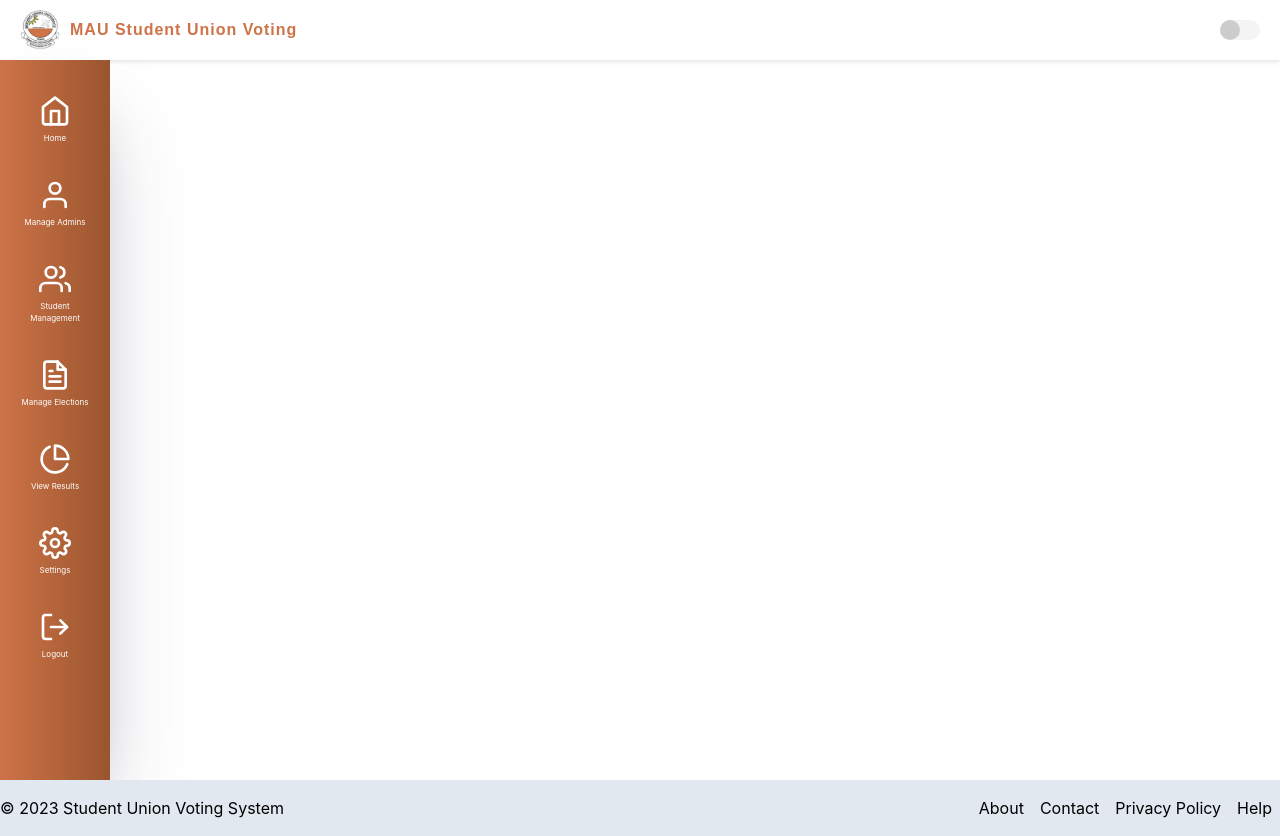
Repository: joena1o/e-vote
Page: /admin-dashboard/student-management
An editor plug-in stored every save of this project. The page is shown before and after the next save, followed by the edit.
The browser window is 1280 px wide. The pictures show the whole page.
The project was rebuilt for these pictures with package versions that can differ from the ones it lists, and the page was loaded fresh each time. Also part of the build but not shown: src/components/EnhancedLogin.js, src/components/BottomNav.js, src/api/index.js, src/components/maincontent/home/Home.styles.js, src/components/maincontent/home/Home.js, src/components/maincontent/RegisterStudents/ManageStudents.js, src/components/maincontent/RegisterStudents/RegisterStudents.js, src/components/maincontent/RegisterStudents/StudentManagement.js and 24 more.

Above is the page before, as saved 2023-12-15 06:11:35.

After the next save:
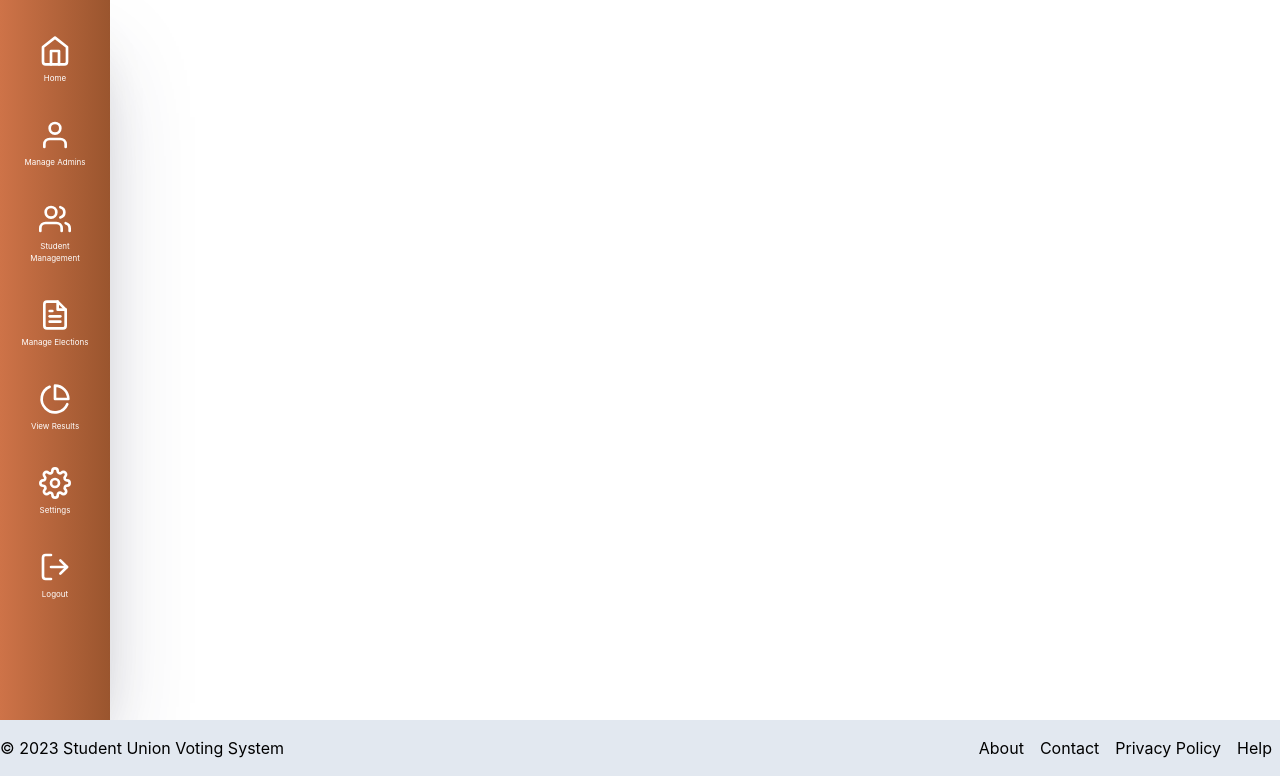
Saved 2 min 34 s later.
--- a/src/components/AdminDashboard.js
+++ b/src/components/AdminDashboard.js
@@ -24,6 +24,7 @@
 const Content = styled.div`
   display: flex;
   flex: 1;
+  overflow-y: auto; /* Allow content to scroll */
   @media (max-width: 768px) {
     flex-direction: column;
   }
@@ -42,13 +43,22 @@
   }
 `;
 
+const FixedNavbar = styled(Navbar)`
+  @media (max-width: 768px) {
+    position: fixed;
+    top: 0;
+    width: 100%;
+    z-index: 1000;
+  }
+`;
+
 const AdminDashboard = () => {
   const isSmallScreen = window.innerWidth <= 768;
 
   return (
     <AdminDashboardContainer>
       <Container>
-        <Navbar />
+        {isSmallScreen && <FixedNavbar />}
         <Content>
           {isSmallScreen ? (
             <Routes>

After the save that followed:
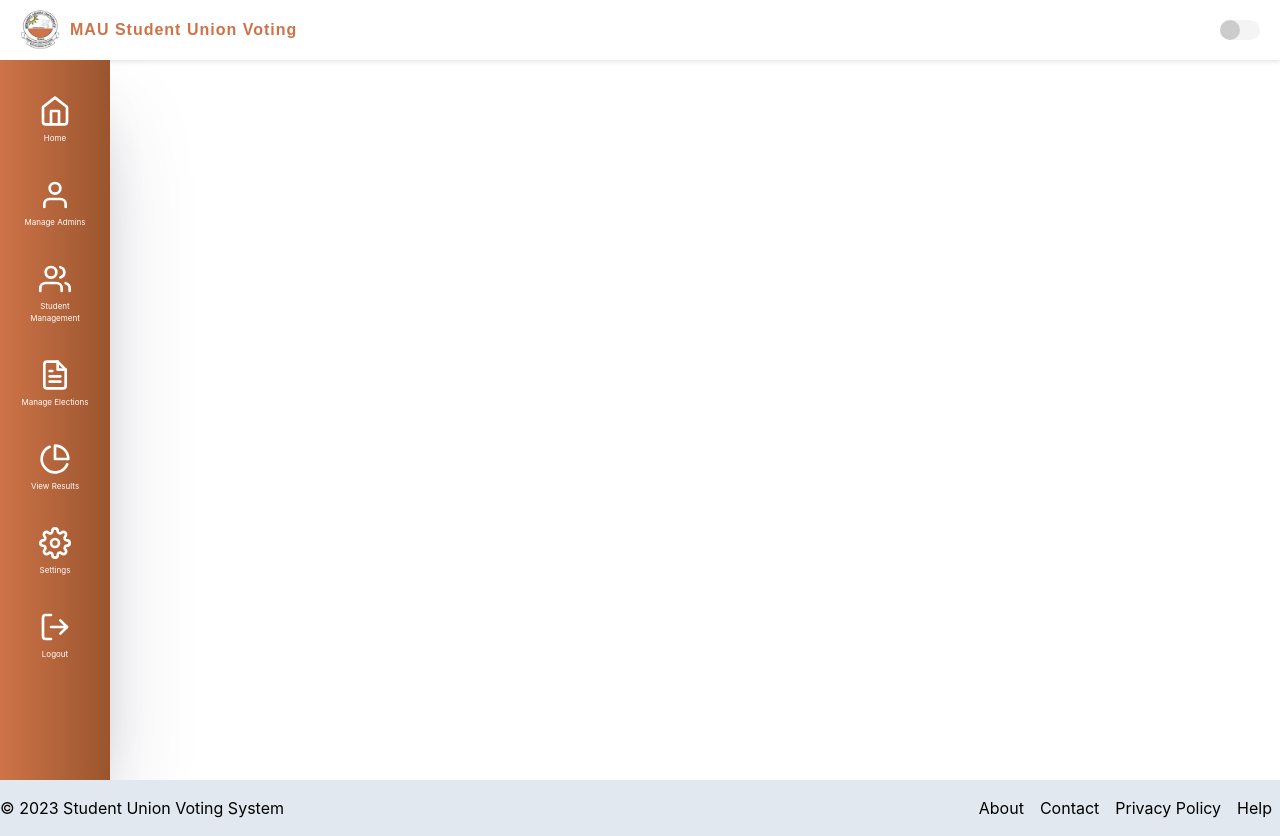
Saved 3 min 46 s later.
--- a/src/components/AdminDashboard.js
+++ b/src/components/AdminDashboard.js
@@ -59,6 +59,7 @@
     <AdminDashboardContainer>
       <Container>
         {isSmallScreen && <FixedNavbar />}
+        {!isSmallScreen && <Navbar />} {/* Display Navbar in desktop view */}
         <Content>
           {isSmallScreen ? (
             <Routes>
